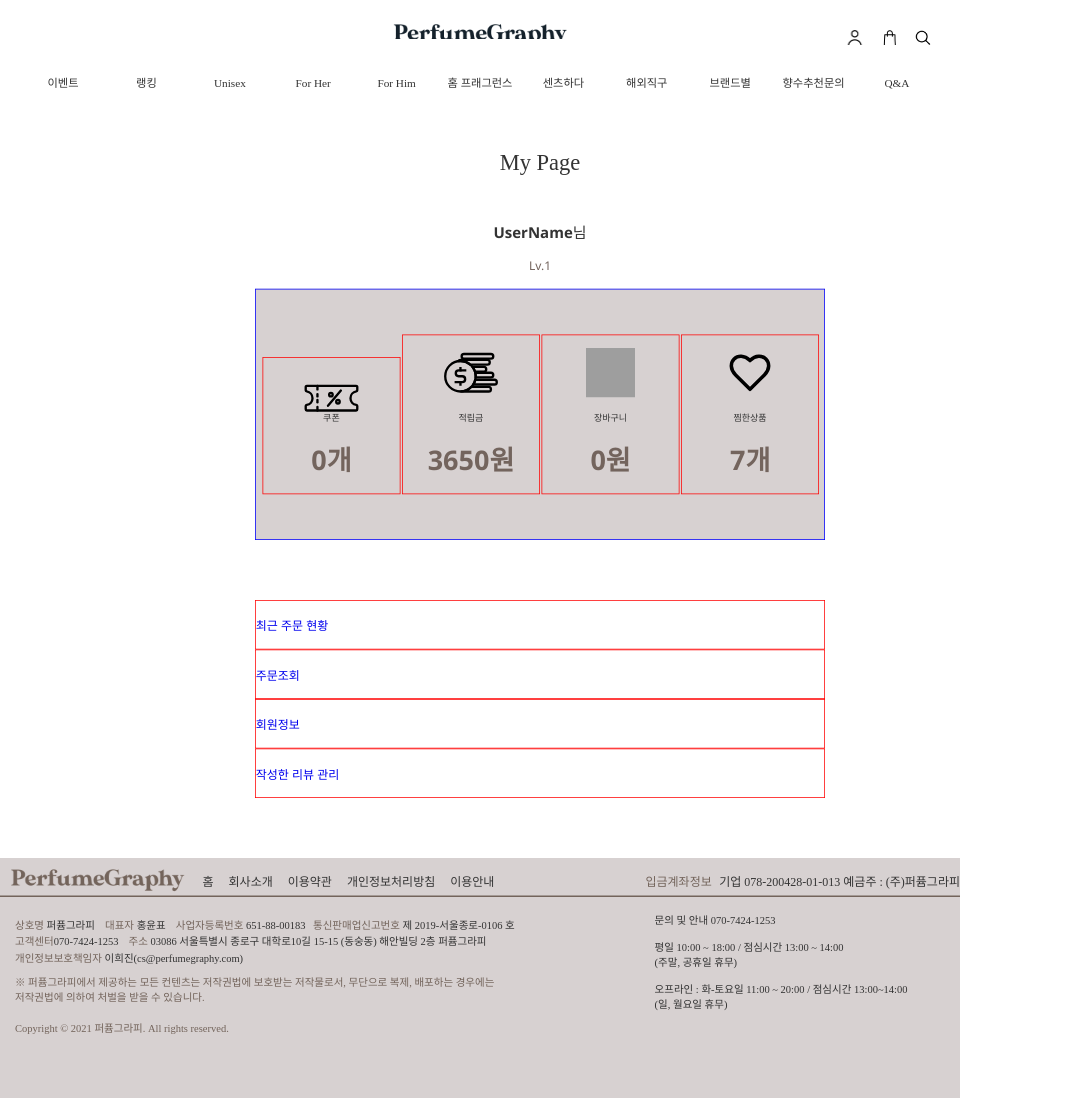
Repository: mingdue03/perfumegraphy
Page: myPage.html
An editor plug-in stored every save of this project. The page is shown before and after the next save, followed by the edit.
The browser window is 1280 px wide. The page is 1440 px wide, so the pictures cover 1440 px, including what lies to the right of the window. The pictures show the whole page, at 75% of full size.
Pictures or frames that could not be fetched are drawn as grey boxes.

Above is the page before, as saved 2021-08-27 15:02:02.

### myPage.html
<!DOCTYPE html>
<html lang="ko">
<head>
    <meta charset="UTF-8">
    <meta http-equiv="X-UA-Compatible" content="IE=edge">
    <meta name="viewport" content="width=device-width, initial-scale=1.0">
    <title>PerfumeGraphy</title>
    <link rel="stylesheet" href="css/basic.css">
    <link rel="stylesheet" href="css/mypage.css">
    <link href="https://fonts.googleapis.com/css2?family=Noto+Serif+KR&display=swap" rel="stylesheet">
    <script src="js/jquery-1.12.4.min.js"></script>
    <script src="js/jquery.slides.min.js"></script>
    <script src="js/jquery.stellar.js"></script>
    <script src="js/main_1.js"></script>
</head>
<body>
<div id="body_wrap">
    <header>
    <div id="header_wrap">
        <div class="header_top">
            <div class="logo">
                <h1><a href="index.html">PerfumeGraphy</a></h1>
            </div>
            <ul class="top_menu">
                <li class="user"><a href="login.html">마이페이지</a></li>
                <li class="cart"><a href="mypage.html">장바구니</a></li>
                <li class="search"><a href="#">검색</a></li>
                <li class="ham_btn"><a href="#">button</a></li>
            </ul>
        </div>
        <div class="search_pop">
            <div class="search_bg">
                <span></span>
                <ul>
                    <li><a href="#">#금주의 향수</a></li>
                    <li><a href="#">#럭셔리집들이선물</a></li>
                    <li><a href="#">#비누향수</a></li>
                </ul>
            </div>
        </div>
        <div class="header_b" >
            <ul class="gnb">
                <li>
                    <a href="#">이벤트</a>
                </li>
                <li class="hasSub">
                    <a href="lank.html">랭킹</a>
                    <ul class="sub_menu">
                        <li><a href="lank.html">전체 랭킹 </a></li>
                        <li><a href="lank.html">Unisex 랭킹</a></li>
                        <li><a href="lank.html">For her 랭킹</a></li>
                        <li><a href="lank.html">For him 랭킹</a></li>
                    </ul>
                </li>
                <li class="hasSub">
                    <a href="#">Unisex</a>
                    <ul class="sub_menu">
                        <li><a href="#">ALL</a></li>
                        <li><a href="#"> 시트러스 | 그린</a></li>
                        <li><a href="#">우디 | 베티버</a></li>
                        <li><a href="#">샌달우드 | 머스크</a></li>
                        <li><a href="#">스파이시 | 통카빈</a></li>
                    </ul>
                </li>
                <li class="hasSub">
                    <a href="#">For Her</a>
                    <ul class="sub_menu">
                        <li><a href="#">ALL</a></li>
                        <li><a href="#">시트러스 | 그린</a></li>
                        <li><a href="#">플로럴 | 화이트플로럴</a></li>
                        <li><a href="#">머스크 | 앰버</a></li>
                        <li><a href="#">스위트 | 바닐라</a></li>
                    </ul>
                </li>
                <li class="hasSub">
                    <a href="#">For Him</a>
                    <ul class="sub_menu">
                        <li><a href="#">ALL</a></li>
                        <li><a href="#">시트러스 | 그린</a></li>
                        <li><a href="#">우디 | 베티버</a></li>
                        <li><a href="#">웜스파이시 | 통카빈</a></li>
                        <li><a href="#">머스크 | 앰버</a></li>
                        <li><a href="#">라벤더 | 워터리</a></li>
                    </ul>
                </li>
                <li class="hasSub">
                    <a href="#">홈 프래그런스</a>
                    <ul class="sub_menu">
                        <li><a href="#">디퓨저 & 캔들</a></li>
                        <li><a href="#">바디 & 솝</a></li>
                    </ul>
                </li>
                <li><a href="#">센츠하다</a></li>
                <li>
                    <a href="#">해외직구</a>
                </li>
                <li><a href="#">브랜드별</a></li>
                <li><a href="#">향수추천문의</a></li>
                <li><a href="#">Q&A</a></li>
            </ul>
        </div>
        <div class="gnb_dim"></div>
    </div>
    </header>
    <!------------------------login-------------------------------->
    <main id="mypage">
        <div class="mypage_wrap">
            <h2>My Page</h2>
            <section class="name">
                <div>
                    <p><span>UserName</span>님</p>
                    <p class="level">Lv.1</p>
                </div>
            </section>
            <section class="coupon">
                <div class="coupon_wrap">
                    <ul>
                        <li><a href="#" class="coupon">쿠폰 <span>0개</span></a></li>
                        <li><a href="#" class="coin">적립금 <span>3650원</span></a></li>
                        <li><a href="#" class="cart">장바구니<span>0원</span></a></li>
                        <li><a href="#" class="heart">찜한상품<span>7개</span></a></li>
                    </ul>
                </div>
            </section>
            <section class="order">
                <div class="oder_wrap">
                    <ul>
                        <li class="recent"><a href="#">최근 주문 현황</a></li>
                        <li><a href="#">주문조회</a></li>
                        <li><a href="#">회원정보</a></li>
                        <li><a href="#">작성한 리뷰 관리</a></li>
                    </ul>

                </div>
            </section>

        </div>
    </main>
    <footer>
        <div id="footer_in">
            <div class="footer_top">
                <h2>PerfumeGraphy</h2>
                <ul class="m_hidden">
                    <li><a href="javasctipt:;">홈</a></li>
                    <li><a href="javasctipt">회사소개</a></li>
                    <li><a href="javasctipt">이용약관</a></li>
                    <li><a href="javasctipt">개인정보처리방침</a></li>
                    <li><a href="javasctipt">이용안내</a></li>
                </ul>
                <p><span>입금계좌정보</span> 기업 078-200428-01-013 예금주 : (주)퍼퓸그라피</p>
            </div>
        </div>
        <div class="footer_bottom">
            <section class="left">
                <ul class="pc_hidden">
                    <li><a href="javasctipt:;">홈</a></li>
                    <li><a href="javasctipt">회사소개</a></li>
                    <li><a href="javasctipt">이용약관</a></li>
                    <li><a href="javasctipt">개인정보처리방침</a></li>
                    <li><a href="javasctipt">이용안내</a></li>
                </ul>
                <p class="margin">
                    <p><span>상호명</span>  퍼퓸그라피</p> <p><span>대표자</span> 홍윤표</p>	 <p><span>사업자등록번호</span> 651-88-00183</p><p> <span >통신판매업신고번호</span>  제 2019-서울종로-0106 호<br></p>
                </p>
                <p class="pc_hidden">
                    <span>고객센터</span>070-7424-1253
                </p>
                <p>
                    <span> 주소</span> 03086 서울특별시 종로구 대학로10길 15-15 (동숭동) 해안빌딩 2층 퍼퓸그라피
                </p>
                <p ><span>개인정보보호책임자</span> 	 이희진(cs@perfumegraphy.com) </p>
                <p class="margin"><span class="m_hidden"> ※ 퍼퓸그라피에서 제공하는 모든 컨텐츠는 저작권법에 보호받는 저작물로서, 무단으로 복제, 배포하는 경우에는<br><span></span> 저작권법에 의하여
                처벌을 받을 수 있습니다.</span></p>
                <p class="margin"><span class="m_hidden"> Copyright © 2021 퍼퓸그라피. All rights reserved.</span></p>
            </section>
            <section class="right m_hidden">
                <p>문의 및 안내   070-7424-1253<br>
                    <br>
                    평일 10:00 ~ 18:00 / 점심시간 13:00 ~ 14:00<br>
                    (주말, 공휴일 휴무)<br>
                    <br>
                    오프라인 : 화-토요일 11:00 ~ 20:00 / 점심시간 13:00~14:00<br>
                     (일, 월요일 휴무)</p>
            </section>
        </div>
    </footer>
</div>
</body>
</html>

### css/mypage.css
@charset "UTF-8";

main#mypage{font-family:'NanumGothic','Segoe UI', Roboto, Oxygen, sans-serif ;background: #fff; color:#333; font-size:16px; }

#mypage{}
.mypage_wrap{
  width:1440px;
  margin:60px auto;
  text-align:center;
}
.mypage_wrap h2{
  font-size:30px;
  margin:60px 0;
  font-weight: normal;
  font-family: 'Noto Serif KR', serif;
}
.name {
  margin:20px 0;
}
.name p{
  font-size: 20px;
  margin:20px 0;
}
.name p span{
  font-weight: bold;
}
.name p.level{
  font-size:16px;
  color:#73645D;
}

.coupon{
  width:760px;
  margin:auto;
}
.coupon_wrap{
  width:100%;
  height:auto;
  background:#D7D1D1;
}
.coupon_wrap ul{
  border:1px solid blue;
  padding:60px 0;
}
.coupon_wrap li{
  display: inline-block;
  width:24%;
}
.coupon_wrap a{
  display: block;
  width:100%;
  height:auto;
  border:1px solid red;
  font-size:12px;
  color:#333;
}
.coupon_wrap a.coupon:before{
  display:block;
  content:'';
  margin:0 auto -30px;
  width:100px; height:100px;
  background:url('../img/icon/coupon_icon.svg') no-repeat 100% 100%;
}
.coupon_wrap a.coin:before{
  display:block;
  content:'';
  margin:auto;
  width:100px; height:100px;
  background:url('../img/icon/coins_icon.svg') no-repeat 100% 100%;}
.coupon_wrap a.cart:before{
  display:block;
  content:'';
  margin:17px auto;
  width:66px; height:66px;
  background:url('../img/icon/bag_icon.svg') no-repeat 100% 100%;
}
.coupon_wrap a.heart:before{
  display:block;
  content:'';
  margin:auto;
  width:100px; height:100px;
  background:url('../img/icon/basic_heart_icon.svg') no-repeat 100% 100%;
}
.coupon_wrap a span{
  display: block;
  font-size:36px;
  font-weight:bold;
  margin: 20px auto;
  color:#73645D;
}


.order{}
.oder_wrap{
  width:760px;
  margin:80px auto;

}

.oder_wrap ul{}
.oder_wrap li{
  display:block;
  border-bottom:1px solid #999;
  text-align: left;
  border:1px solid red;
  padding: 20px 0;
}
.recent{

}
.oder_wrap a{}














@media (max-width:1440px){
  .login_wrap{
    width:100%;
  }
}

@media (max-width:450px){
  .login_wrap{
    max-width:450px;
  }
}

Loaded but not shown: js/jquery-1.12.4.min.js (library); js/jquery.slides.min.js (library); js/jquery.stellar.js (library); js/main_1.js (215 lines, source omitted); css/basic.css (877 lines, source omitted)

After the next save:
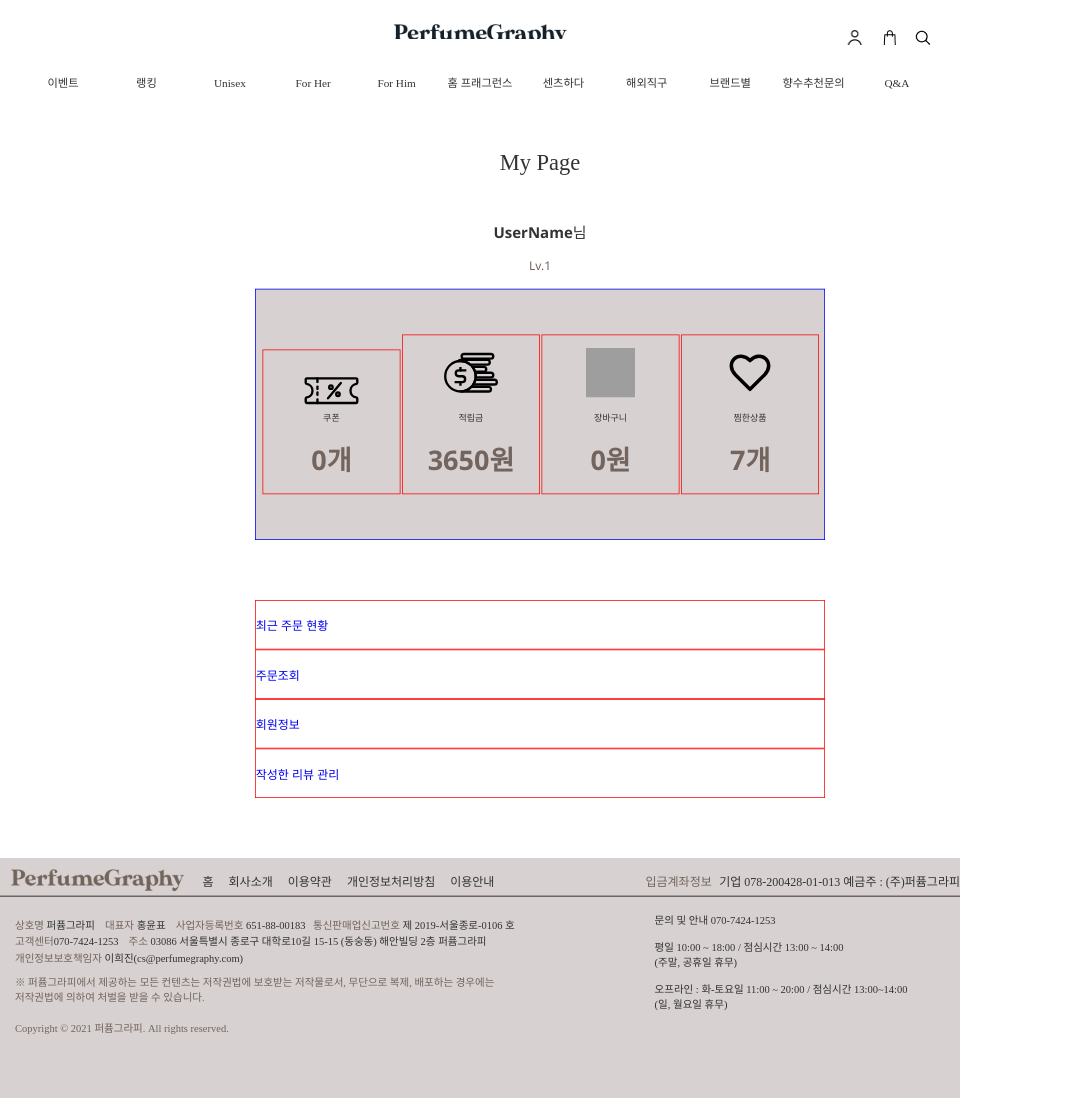
Saved 4 s later.
--- a/css/mypage.css
+++ b/css/mypage.css
@@ -57,7 +57,7 @@
 .coupon_wrap a.coupon:before{
   display:block;
   content:'';
-  margin:0 auto -30px;
+  margin:0 auto -20px;
   width:100px; height:100px;
   background:url('../img/icon/coupon_icon.svg') no-repeat 100% 100%;
 }
